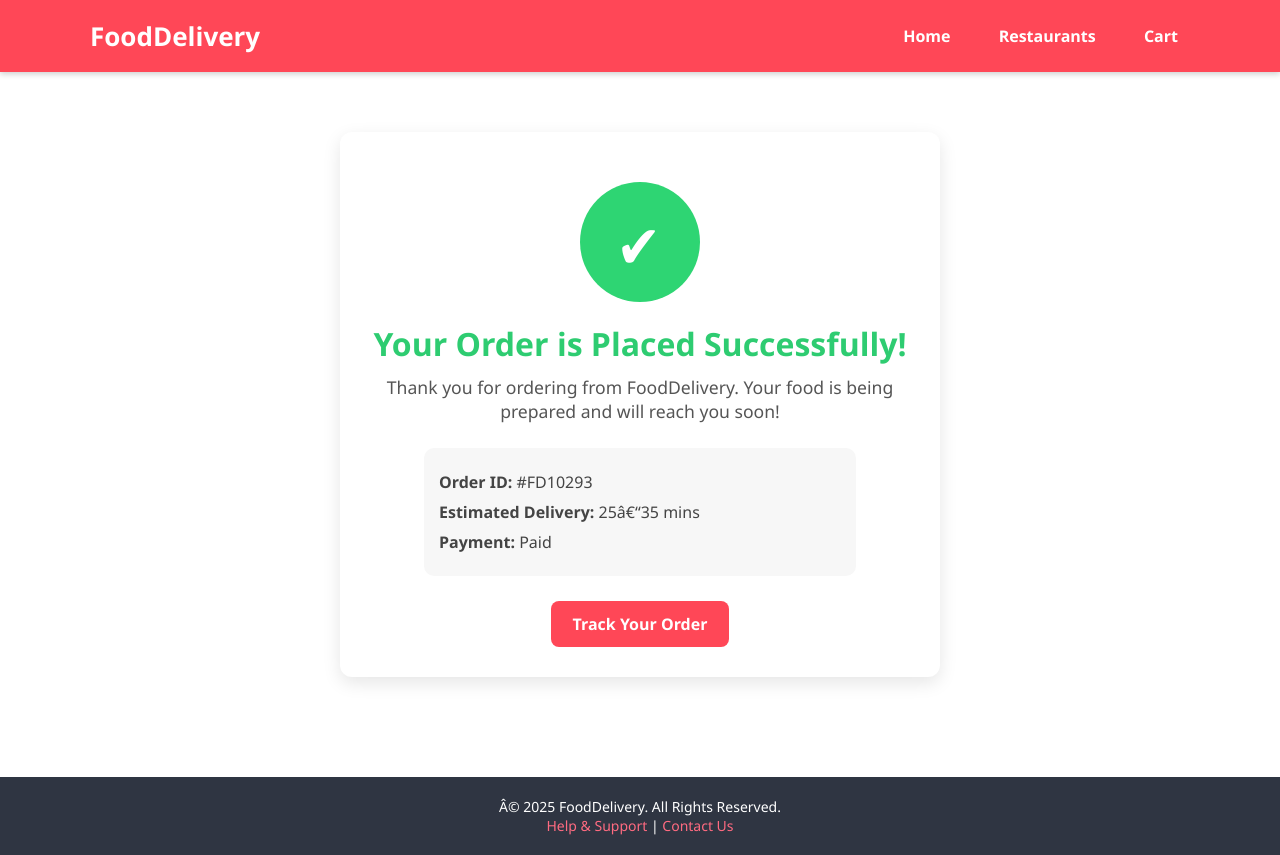
Repository: srinithiashoka/FoodDeliveryApp
Page: http://localhost/FoodDeliveryApp/success.jsp
The author's editor kept a copy of each file at every save. The page is drawn from the files as they stood at one save, then again after the next save.
The browser window is 1280 px wide. The pictures show the whole page.
The page is served by Tomcat 10.

Above is the page before, as saved 2025-12-03 13:57:57.

After the next save:
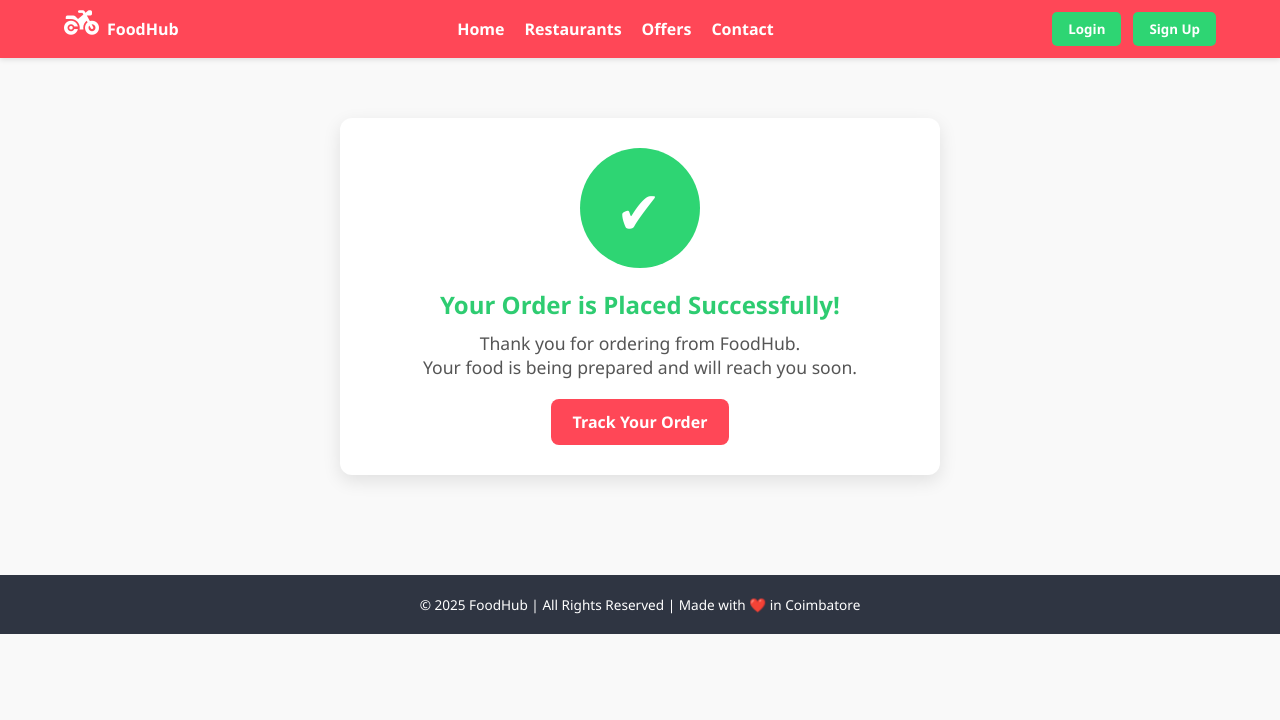
Saved 71 s later.
--- a/FoodDeliveryApp/src/main/webapp/success.jsp
+++ b/FoodDeliveryApp/src/main/webapp/success.jsp
@@ -1,58 +1,124 @@
+<%@ page language="java" contentType="text/html; charset=UTF-8" pageEncoding="UTF-8"%>
+<%@ page import="com.foodapp.model.User" %>
+<%
+    User user = (User) session.getAttribute("user");
+%>
 <!DOCTYPE html>
 <html lang="en">
 <head>
 <meta charset="UTF-8">
-<title>Order Success - FoodDelivery</title>
-<link rel="stylesheet" href="css/succes.css">
-
-
+<meta name="viewport" content="width=device-width, initial-scale=1.0">
+<title>Order Success - FoodHub</title>
+<link rel="stylesheet" href="https://cdnjs.cloudflare.com/ajax/libs/font-awesome/6.5.0/css/all.min.css">
+<link rel="stylesheet" href="css/home.css">
+<style>
+.success-section {
+    flex: 1;
+    display: flex;
+    justify-content: center;
+    align-items: center;
+    padding: 60px 20px;
+}
+.success-box {
+    text-align: center;
+    background: #fff;
+    padding: 30px;
+    border-radius: 12px;
+    box-shadow: 0 6px 18px rgba(0,0,0,0.1);
+    max-width: 600px;
+    width: 100%;
+}
+.success-animation {
+    width: 120px;
+    height: 120px;
+    margin: 0 auto 20px;
+    position: relative;
+}
+.circle {
+    width: 120px;
+    height: 120px;
+    background: #2ed573;
+    border-radius: 50%;
+    animation: pop 0.5s ease-out;
+}
+.checkmark {
+    position: absolute;
+    top: 22px;
+    left: 36px;
+    font-size: 60px;
+    color: white;
+    opacity: 0;
+    animation: check 0.6s ease-out 0.2s forwards;
+}
+@keyframes pop {0%{transform:scale(0.2);opacity:0;}100%{transform:scale(1);opacity:1;}}
+@keyframes check {0%{transform:scale(0.2);opacity:0;}100%{transform:scale(1);opacity:1;}}
+.success-box h1 {margin-top: 15px; color:#2ecc71;}
+.success-text {margin-top: 10px; color:#555; font-size:1.1rem;}
+.track-btn {
+    display: inline-block;
+    margin-top: 20px;
+    padding: 12px 22px;
+    background: #ff4757;
+    color: white;
+    font-weight: bold;
+    border-radius: 8px;
+    text-decoration: none;
+    transition: 0.3s;
+}
+.track-btn:hover {background:#e03c4c; transform: scale(1.05);}
+</style>
 </head>
 <body>
 
 <!-- HEADER -->
-<header class="success-header">
-    <div class="success-container">
-        <div class="success-logo">FoodDelivery</div>
+<header>
+    <div class="container">
+        <div class="navbar">
+            <div class="logo">
+                <i class="fa-solid fa-motorcycle scooter-icon"></i>
+                <span>FoodHub</span>
+            </div>
 
-        <nav class="nav-links">
-            <a href="home.jsp">Home</a>
-            <a href="home.jsp">Restaurants</a>
-            <a href="cart.jsp">Cart</a>
-        </nav>
+            <ul class="nav-menu">
+                <li><a href="home.jsp">Home</a></li>
+                <li><a href="#">Restaurants</a></li>
+                <li><a href="#">Offers</a></li>
+                <li><a href="#">Contact</a></li>
+            </ul>
+
+            <div class="nav-actions">
+                <% if (user == null) { %>
+                    <button class="btn btn-login" onclick="location.href='login.jsp'">Login</button>
+                    <button class="btn btn-signup" onclick="location.href='signup.jsp'">Sign Up</button>
+                <% } else { %>
+                    <span>Welcome, <%= user.getUsername() %></span>
+                <% } %>
+            </div>
+        </div>
     </div>
 </header>
 
-
-<!-- SUCCESS SECTION -->
+<!-- SUCCESS CONTENT -->
 <section class="success-section">
     <div class="success-box">
-
         <div class="success-animation">
             <div class="circle"></div>
             <div class="checkmark">&#10004;</div>
         </div>
-
         <h1>Your Order is Placed Successfully!</h1>
         <p class="success-text">
-            Thank you for ordering from FoodDelivery.
-            Your food is being prepared and will reach you soon!
+            Thank you for ordering from FoodHub.<br>
+            Your food is being prepared and will reach you soon.
         </p>
-
-        <div class="order-summary">
-            <p><strong>Order ID:</strong> #FD10293</p>
-            <p><strong>Estimated Delivery:</strong> 25–35 mins</p>
-            <p><strong>Payment:</strong> Paid</p>
-        </div>
-
         <a href="trackorder.jsp" class="track-btn">Track Your Order</a>
     </div>
 </section>
 
-
 <!-- FOOTER -->
-<footer class="success-footer">
-    <p>© 2025 FoodDelivery. All Rights Reserved.</p>
-    <p><a href="#">Help & Support</a> | <a href="#">Contact Us</a></p>
+<footer>
+    <div class="container">
+        <p>© 2025 FoodHub | All Rights Reserved | Made with ❤️ in Coimbatore</p>
+    </div>
 </footer>
 
 </body>
